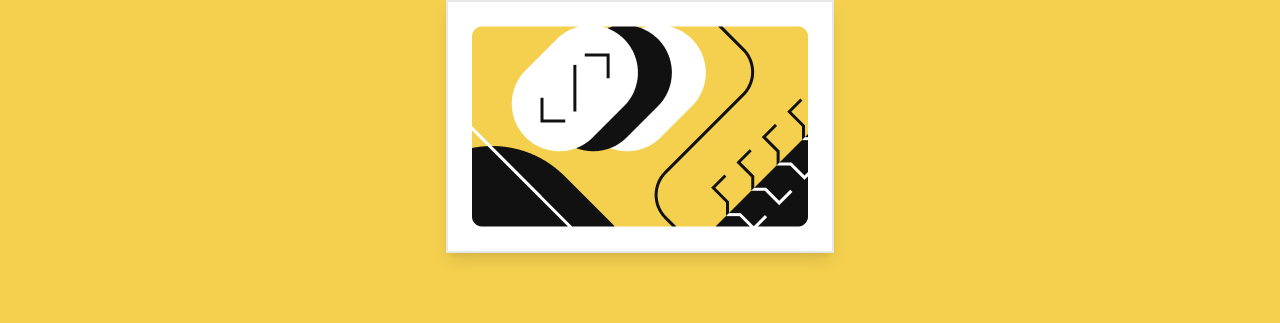
Repository: orcunelektirikci/fe-mentor-blogprev
Page: index.html
These files come from the project's save history. The page is drawn as it stood at one moment and after the next save; the edit follows.
The browser window is 1280 px wide. The pictures show the whole page.
Some web libraries are served in a nearby version.

Above is the page before, as saved 2024-04-12 16:45:37.

### index.html
<!DOCTYPE html>
<html lang="en">
<head>
    <meta charset="UTF-8">
    <meta name="viewport" content="width=device-width, initial-scale=1.0">
    <title>Blog Preview</title>
    <link rel="stylesheet" href="assets/css/style.css">
    <script src="https://cdn.tailwindcss.com"></script>

</head>
<body class="bg-yellow flex items-center justify-center">

    <div class="bg-white border-2 shadow-lg p-6 flex flex-col justify-evenly">
        <img src="assets/img/blogimage.png" alt="">
        <button class="bg-yellow rounded"></button>
    </div>

    <script src="/assets/js/main.js"></script>
</body>
</html>

### assets/css/style.css
@layer base {
    @font-face {
        font-family: 'Outfit';
        font-optical-sizing: auto;
        src: url('https://fonts.googleapis.com/css2?family=Figtree:ital,wght@0,300..900;1,300..900&display=swap');
    }
}

### assets/js/main.js
   tailwind.config = {
      theme: {
        fontFamily: {
          body: 'Figtree, sans-serif'
        },
        extend: {
          colors: {
            black: '#111',
            yellow: '#F4D04E',
            grey: '#7F7F7F',
            white: '#fff'
          }
        }
      }
    }

After the next save:
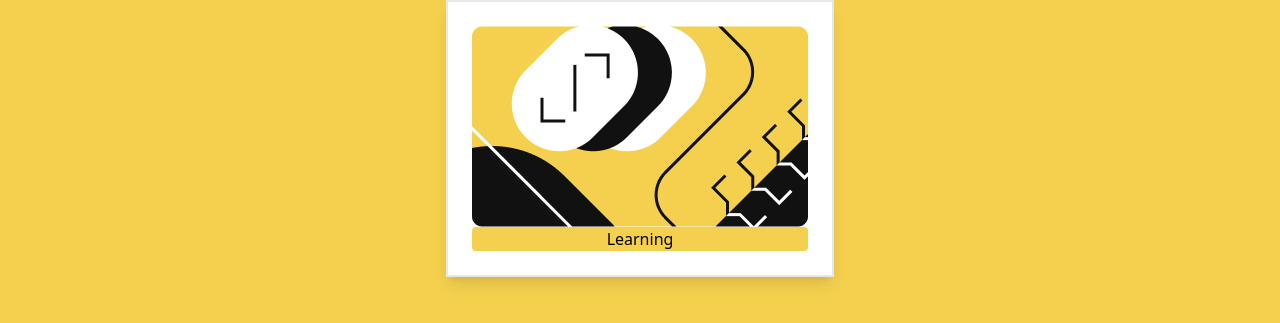
Saved 6 s later.
--- a/index.html
+++ b/index.html
@@ -12,7 +12,7 @@
 
     <div class="bg-white border-2 shadow-lg p-6 flex flex-col justify-evenly">
         <img src="assets/img/blogimage.png" alt="">
-        <button class="bg-yellow rounded"></button>
+        <button class="bg-yellow rounded">Learning</button>
     </div>
 
     <script src="/assets/js/main.js"></script>
